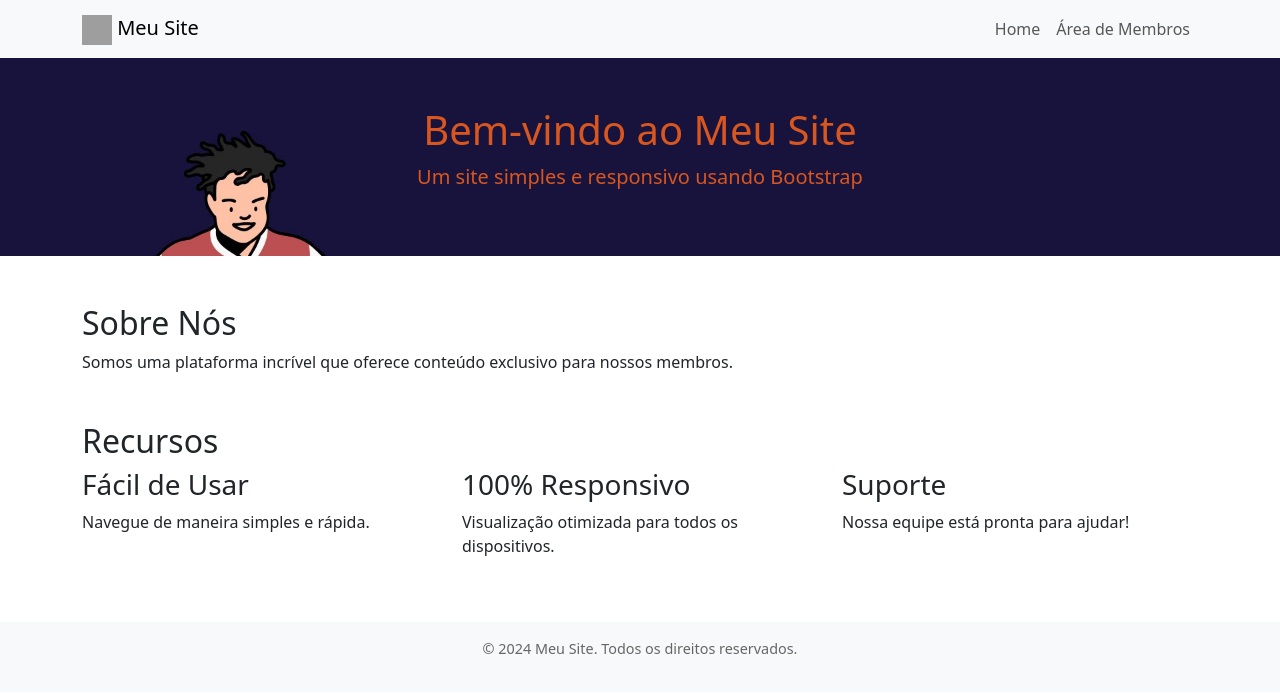
Repository: br-on/projeto-escolinhav3
Page: http://localhost/
An editor plug-in stored every save of this project. The page is shown before and after the next save, followed by the edit.
The browser window is 1280 px wide. The pictures show the whole page.
Pictures or frames that could not be fetched are drawn as grey boxes. The page is served by the project's application, run on Flask 3 (main.py).

Above is the page before, as saved 2024-11-14 14:18:02.

After the next save:
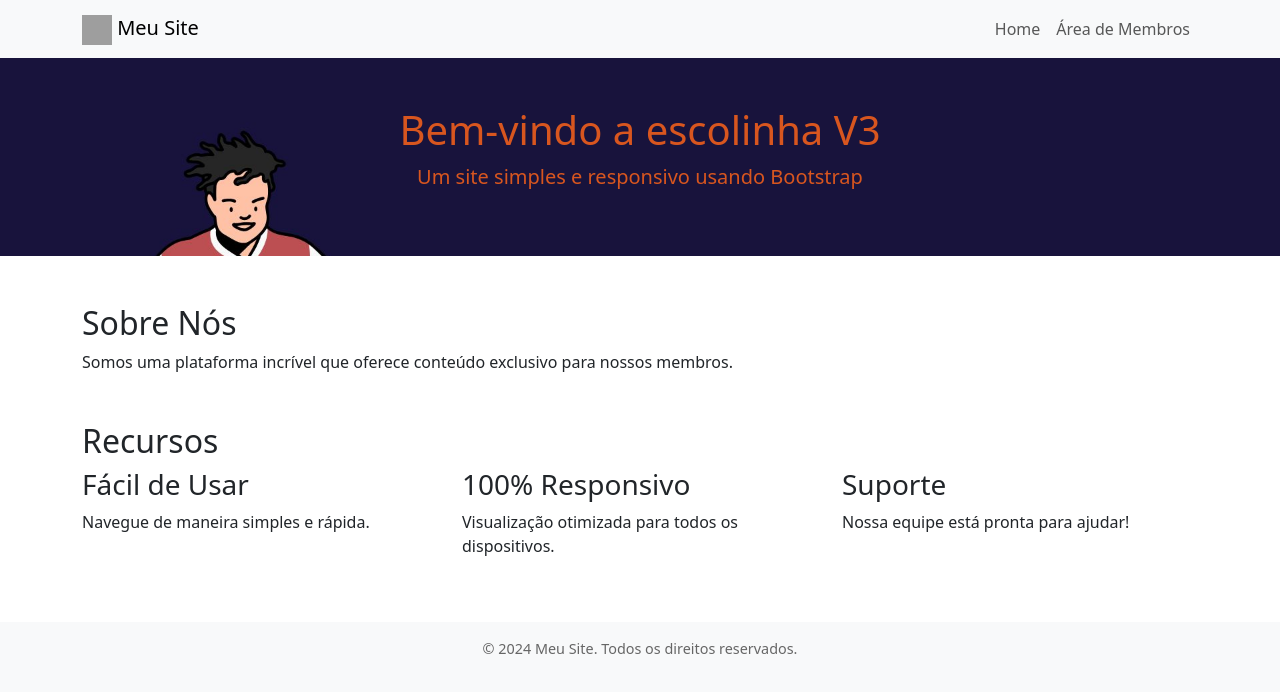
Saved 63 s later.
--- a/templates/index.html
+++ b/templates/index.html
@@ -33,7 +33,7 @@
     <!-- Hero Section -->
     <header class="bg-primary text-white text-center py-5">
         <div class="container">
-            <h1>Bem-vindo ao Meu Site</h1>
+            <h1>Bem-vindo a escolinha V3</h1>
             <p class="lead">Um site simples e responsivo usando Bootstrap</p>
         </div>
     </header>
